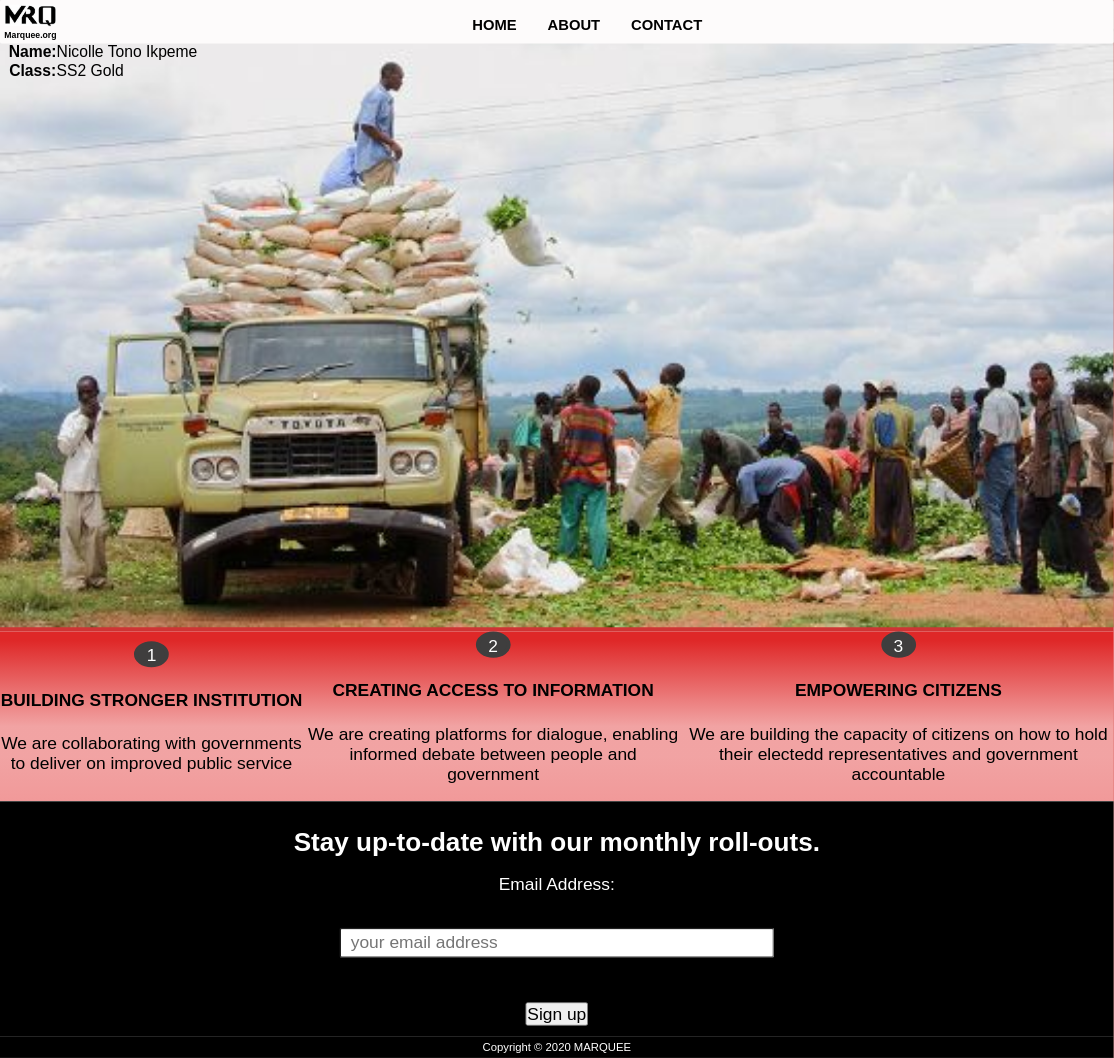
Repository: pboi18/Marquee.org
Page: home.html
The author's editor kept a copy of each file at every save. The page is drawn from the files as they stood at one save, then again after the next save.
The browser window is 1280 px wide. The pictures show the whole page, at 87% of full size.

Above is the page before, as saved 2020-07-11 22:52:14.

### home.html
<!DOCTYPE html>
<html>
    <head>
        <meta charset="utf-8">
        <link rel="icon" type="image/png" sizes="16x16" href="img/logo.png">
        <title>Marquee</title>

        <link rel="stylesheet" href="style.css" >
        <link rel="stylesheet" href="normalize.css">


    </head>

    <body>
        <div class="main">
            <header>
                <nav>
                    <div class="navbar">
                        <div class="logo">
                            <img src="img/logo2.jpg" alt="MARQUEE" style="width: 60px; height: 25px;">
                            <p style="font-weight:bold; font-size: x-small; margin: 0px;">Marquee.org</p>
                        </div>



                        <ul class="main-nav">
                            <li>
                                <a href="home.html">
                                    Home
                                </a>
                            </li>

                            <li>
                                <a href="about.html">
                                    ABOUT
                                </a>
                            </li>

                            <li>
                                <a href="contact.html">
                                    CONTACT
                                </a>
                            </li>

                        </ul>

                        <table class="id">
                            <tr >
                                <th>Name:</th>
                                <td> Nicolle Tono Ikpeme</td>
                            </tr>

                            <tr>
                                <th>Class:</th>
                                <td> SS2 Gold</td>
                            </tr>

                        </table>
                    </div>
                </nav>

                <div style="background-color: rgb(206, 52, 52)">
                    <img src="img/home.jpg" alt="Farmers" style="width: 100%; margin: 0px; height: 100%;">
                </div>

                <table class="wup">
                    <tr>
                        <td style="width: auto;">
                            <div class="cover">
                                <p class="numb">1</p>
                                <h4 style="text-align: center;  ;">BUILDING STRONGER INSTITUTION</h4>
                                <p style="text-align: center; font-size: 20px; ">We are collaborating with governments to deliver on improved public service</p>
                            </div>
                        </td>

                        <td style="width: auto;">
                            <div class="cover">
                                <p class="numb">2</p>
                                <h4 style="text-align: center;">CREATING ACCESS TO INFORMATION</h4>
                                <p style="text-align: center; font-size: 20px;">We are creating platforms for dialogue, enabling informed debate between people and government</p>
                            </div>
                        </td>

                        <td style="width: auto;">
                            <div class="cover">
                                <p class="numb">3</p>
                                <h4 style="text-align: center;">EMPOWERING CITIZENS</h4>
                                <p style="text-align: center; font-size: 20px;">We are building the capacity of citizens on how to hold their electedd representatives and government accountable</p>
                            </div>
                        </td>
                    </tr>
                </table>
            </header>

            <section>
                <div class="sec">
                    <h2 style="color: white; padding-top: 30px; padding-bottom: 10px; margin: 0;">Stay up-to-date with our monthly roll-outs.</h2>

                    <form style="text-align: center;">
                    <label style="color: white;">Email Address:</label><br>
                    <input type="email" name="email" placeholder="  your email address" style=" width: 500px; border-radius: 3px; margin: 5px auto;" required><br><br>
                    <button type="submit" value="SIGN UP" name="sign up">Sign up</button>
                    </form>
                </div>
            </section>
        </div>

        <footer>
            <P style="color: white; text-align: center; margin: auto; font-size: small; padding: 5px;">
                Copyright &copy; 2020 MARQUEE
            </P>
        </footer>
    </body>
</html>

### style.css
* {
    margin: o;
    padding: 0;
    box-sizing: border-box;
}

html {
    background-color: #fff;
    max-width: 100%;
    font-size: 20px;
    font-weight: 300;
    font-family: Arial, Helvetica, sans-serif;
    text-rendering: optimizeLegibility;
}



h1 {
    margin: 0;
}

label {
    display: block;
    padding: 10px;
}

input {
    display: block;
    width: 100%;
    height: 35px;
}

button {
    /* display: block; */
}

textarea {
    display: block;
    height: 100px;
    width: 100%;
}
/* header {
    background-image: linear-gradient( rgba(0, 0, 0, 0.4), rgba(0, 0, 0, 0.4)), url(img/home.jpg);
    height: 100vh;
    background-size: cover;
    background-position: center;
} */


.logo {
    height: 40px;
    width: 60px;
    float: left;
    margin: 5px;
}

.main-nav {
    list-style: none;
    margin: auto;
    margin-top: 10px;
    text-align: center;


}

.main-nav li {
    display: inline-block;
    margin: 10px 15px;
    font-size: 85%;

}

.main-nav li a:link,
.main-nav li a:visited {
    color: #000;
    text-decoration: none;
    text-transform: uppercase;
    font-weight: bold;
    padding: 3px 0px;
    border-bottom: 3px solid transparent;
    transition: border-bottom 0.2s;
}

.main-nav li a:hover,
.main-nav li a:active {
    border-bottom: 3px solid rgb(158, 0, 0);
}
.id {
    display: inline;
    padding: 10px;
    font-size: 90%;
}

.navbar {
    height: 50px;
    width: 100%;
    display: inline-block;
    border-radius: 2px;
    box-shadow: 0px 3px -1px 2px rgb(190, 189, 189);
    position: fixed;
    background-color: rgb(253, 251, 251);
}

.navbar2 {
    height: 60px;
    width: 100%;
    display: inline-block;
    border-radius: 2px;
    box-shadow: 1px 1px 3px 2px rgb(20, 20, 20);
    /* position: fixed; */
    background-color: rgb(253, 251, 251);
}

.numb {
    border: solid 5px rgb(63, 62, 62);
    text-align: center;
    width: 40px;
    height: 30px;
    align-self: center;
    border-radius: 50%;
    margin: auto;
    background-color: rgb(63, 62, 62);
    color: white;
}
.wup {
    padding-top: 10px;

    background: linear-gradient(180deg, #DF2828 5.21%, rgba(223, 40, 40, 0.427083) 55.73%, rgba(223, 40, 40, 0.427083) 64.06%, rgba(223, 40, 40, 0.427083) 73.44%, rgba(222, 17, 17, 0.427083) 100%, rgba(170, 77, 77, 0) 100%);
}

.cover {
    border-radius: 5px;
    margin: auto;
}

.sec {
    background-color: black;
    height: 270px;
    width: 100%;
    text-align: center;
}



main {
    height: 100vh;
    margin: auto;
}

.con {
    width: 90%;
    margin: auto;
    height: 100vh;
    ;

}
.contact {
    text-align: center;
    margin: auto;
    margin-bottom: 50px;
}
.image {
    width: 550px;
    height: 500px;
    float: left;
}

.form2 {
    float: right;
    text-align: left;
    font-size: 85%;
    font-weight: bold;
}

footer {
    background-color: #000;
}

Loaded but not shown: normalize.css (library)

After the next save:
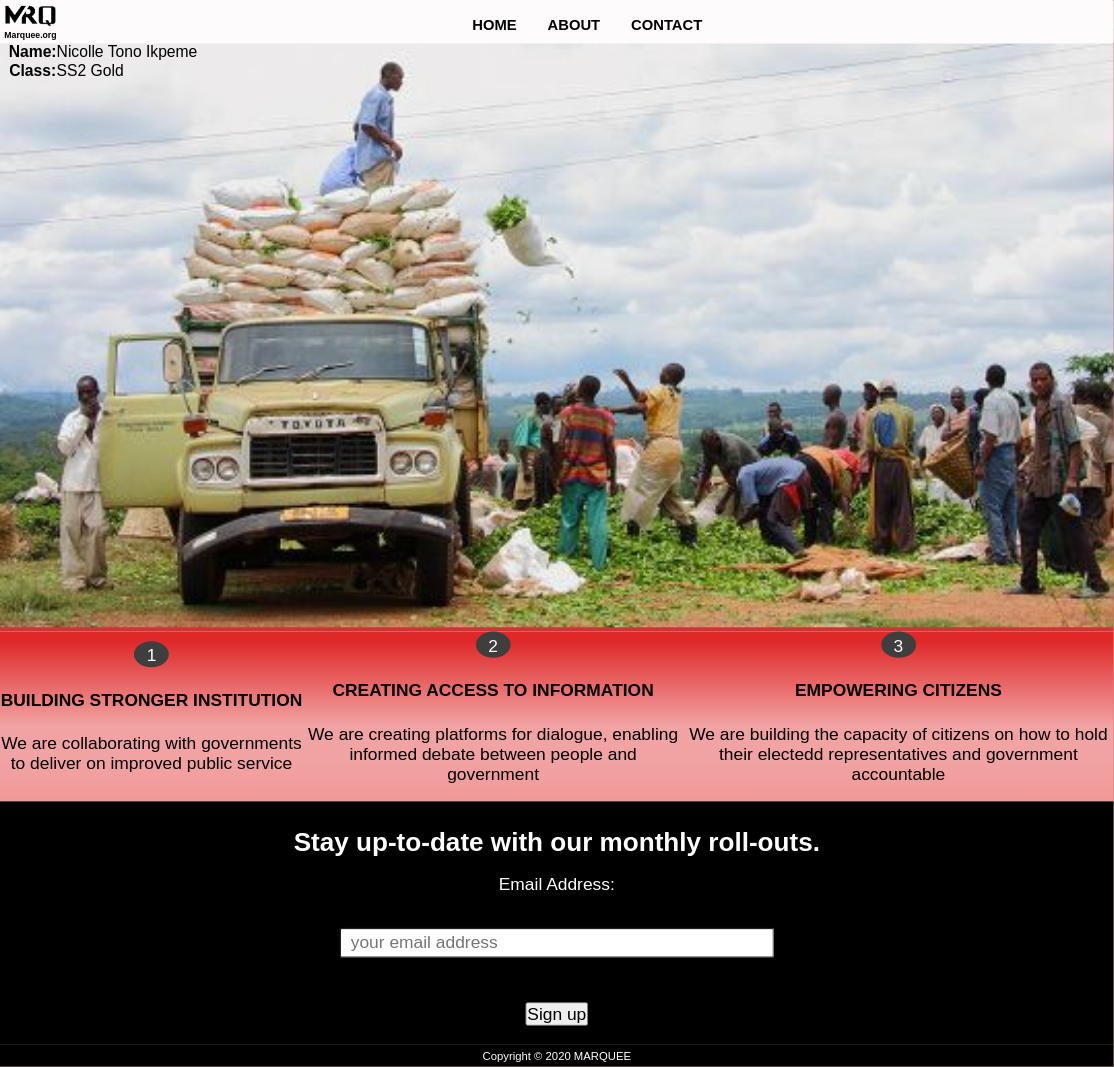
Saved 8 s later.
--- a/style.css
+++ b/style.css
@@ -135,7 +135,7 @@ textarea {
 
 .sec {
     background-color: black;
-    height: 270px;
+    height: 280px;
     width: 100%;
     text-align: center;
 }
